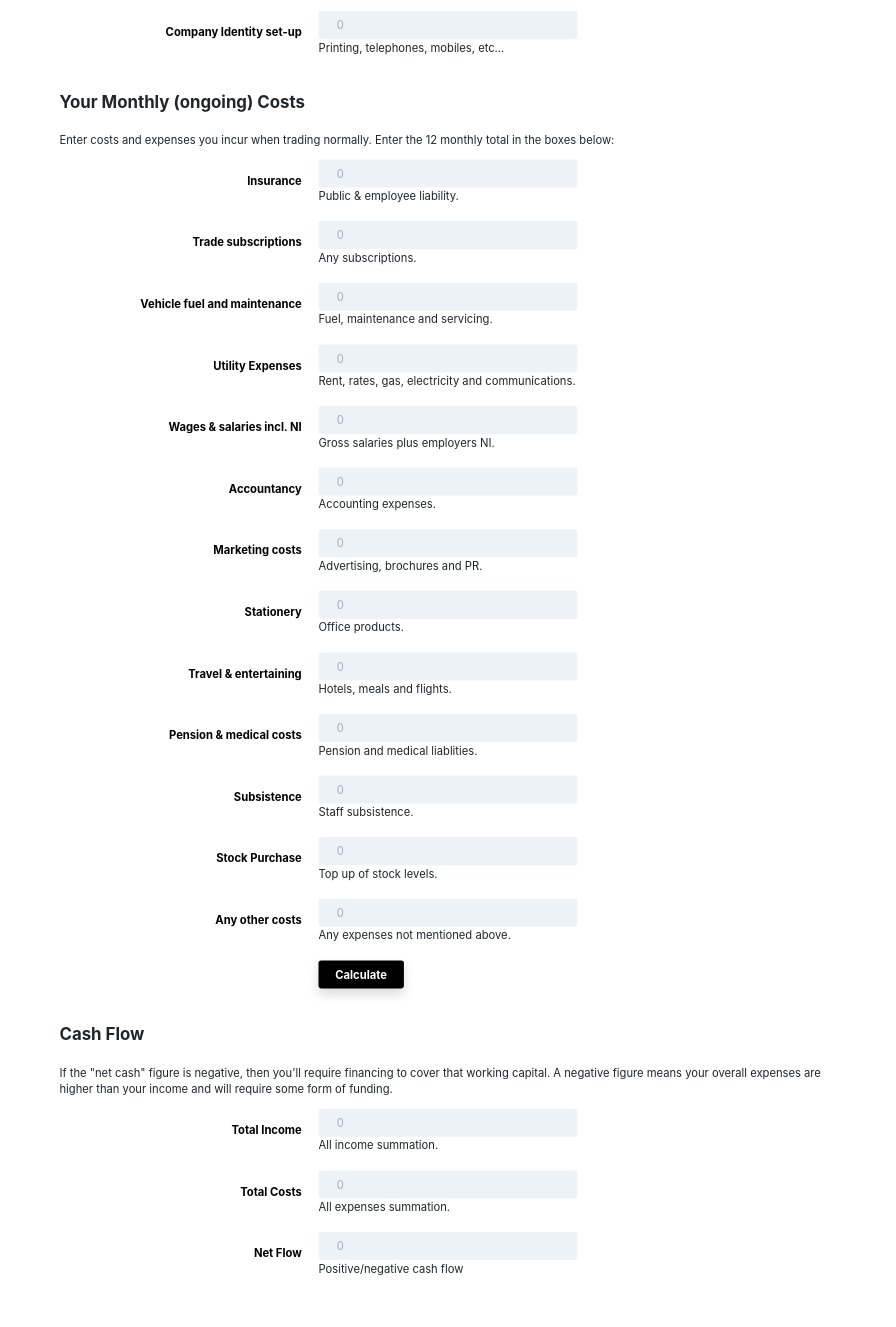
Repository: latenightsnacc/Financial-Forecast
Page: financial-forecast.html
The author's editor kept a copy of each file at every save. The page is drawn from the files as they stood at one save, then again after the next save.
The browser window is 1280 px wide. The pictures show the part of the page from y = 1070 to 2990 px (the page is 2966 px tall before and 2990 px after), at 70% of full size.

Above is the page before, as saved 2020-11-22 19:00:29.
Console error: SyntaxError: missing ) after argument list

After the next save:
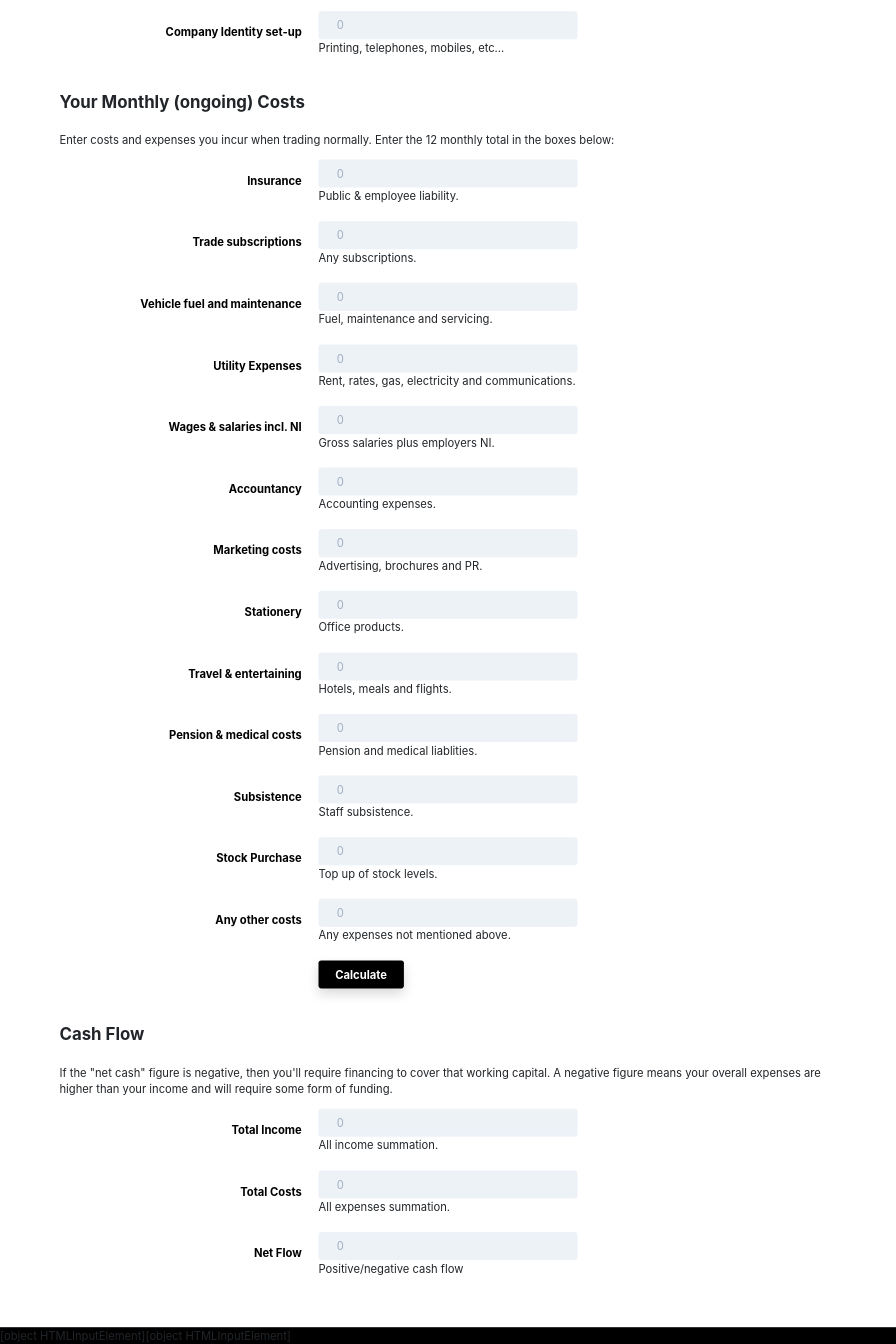
The error is gone.
Saved 5 s later.
--- a/main.js
+++ b/main.js
@@ -3,4 +3,4 @@ let otherIncome = document.getElementById('other-income');
 let otherCosts = document.getElementById('other-cost');
 let totalIncome = document.getElementById('total-income');
 
-totalIncome = document.write(salesIncome + otherIncome;
+totalIncome = document.write(salesIncome + otherIncome);
